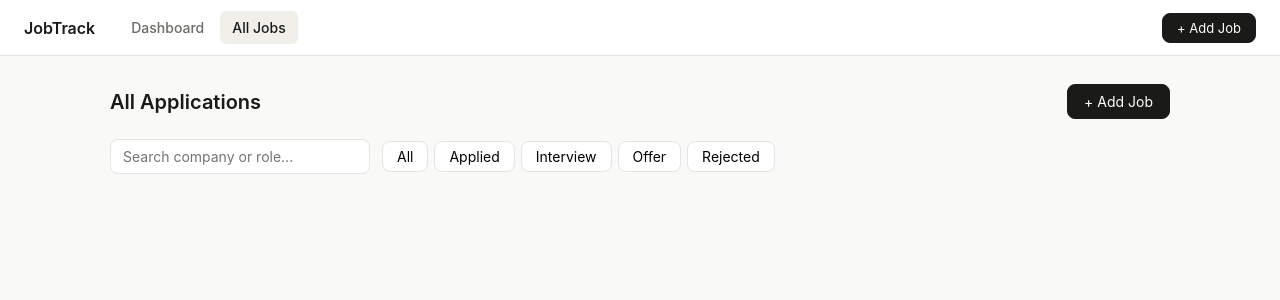
Repository: adtm0/jobtracker
Page: /jobs (app in frontend/)
The author's editor kept a copy of each file at every save. The page is drawn from the files as they stood at one save, then again after the next save.
The browser window is 1280 px wide. The pictures show the whole page.
The project was rebuilt for these pictures with package versions that can differ from the ones it lists, and the page was loaded fresh each time. Also part of the build but not shown: frontend/vite.config.js, frontend/src/pages/Login.jsx, frontend/src/pages/Register.jsx, frontend/src/pages/Dashboard.jsx, frontend/src/pages/JobForm.jsx.

Above is the page before, as saved 2026-04-19 20:14:21.

After the next save:
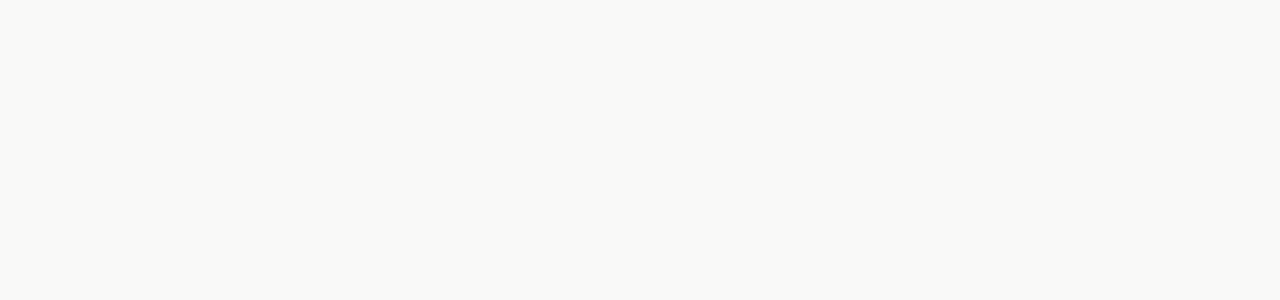
Console error: ReferenceError: borderRadius is not defined
Saved 14 s later.
--- a/frontend/src/pages/Jobs.jsx
+++ b/frontend/src/pages/Jobs.jsx
@@ -50,7 +50,8 @@
               key={s}
               onClick={() => setFilter(s)}
               style={{
-                padding: '6px 14px'
+                padding: '6px 14px',
+                borderRadius
               }}
             >
               {s.charAt(0).toUpperCase() + s.slice(1)}

After the 4 saves that followed:
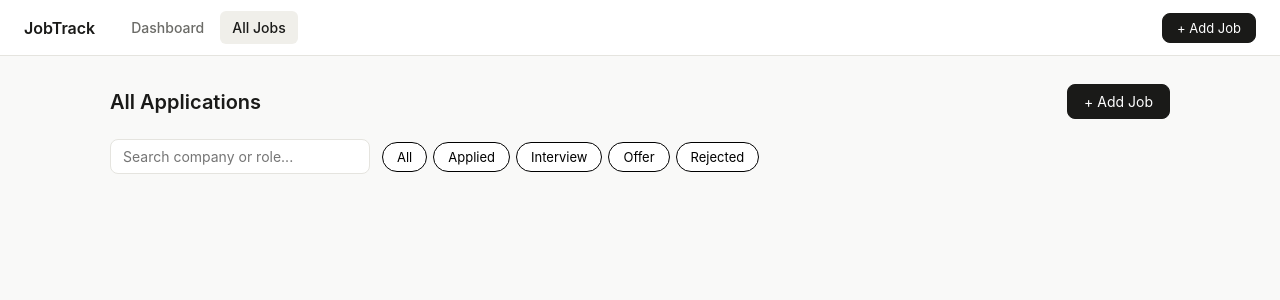
The error is gone.
The 4 saves are shown as one change because they came seconds apart.
The last was saved 14 s later.
--- a/frontend/src/pages/Jobs.jsx
+++ b/frontend/src/pages/Jobs.jsx
@@ -51,7 +51,9 @@
               onClick={() => setFilter(s)}
               style={{
                 padding: '6px 14px',
-                borderRadius
+                borderRadius: 20,
+                fontSize: 13,
+                border: '1px solid'
               }}
             >
               {s.charAt(0).toUpperCase() + s.slice(1)}
